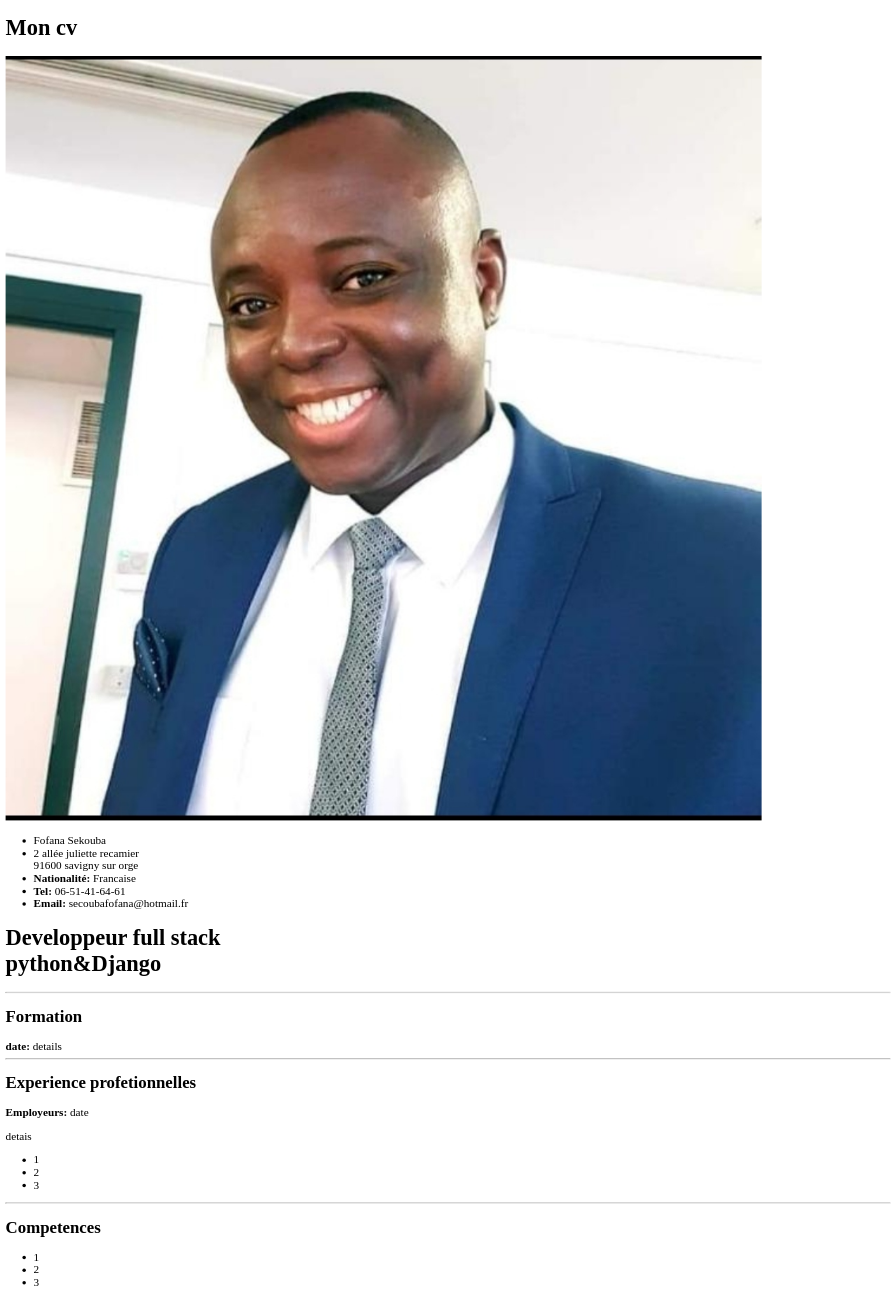
Repository: lamdakara/cv-html
Page: index.html
An editor plug-in stored every save of this project. The page is shown before and after the next save, followed by the edit.
The browser window is 1280 px wide. The pictures show the whole page, at 70% of full size.

Above is the page before, as saved 2023-08-22 01:14:02.

### index.html
<!DOCTYPE html>
<html lang="fr">
<head>
    <meta charset="UTF-8">
    <meta name="viewport" content="width=device-width, initial-scale=1.0">
    <title>Cv-html-Sekouba</title>
</head>
<body>
    <h1>Mon cv</h1>
    <div>
        <img src="profil.jpg/1661794008238.jpg" alt="image de profil">
    <ul>
        <li>Fofana Sekouba</li>
        <li>2 allée juliette recamier <br>91600 savigny sur orge </li>
        <li><strong>Nationalité:</strong> Francaise</li>
        <li><strong>Tel:</strong> 06-51-41-64-61</li>
        <li><strong>Email:</strong> secoubafofana@hotmail.fr</li>
    </ul>
</div>
    <!-- titre h1 -->
    <h1>Developpeur full stack  <br> python&Django</h1>

    <hr>
    <div>
    <h2>Formation</h2>
    <strong>date:</strong>
    <span>details</span>
    </div>
    <div>
    <hr>
    <div>
    <h2>Experience profetionnelles</h2>
    <strong>Employeurs:</strong>
    <span>date</span>
    <p>detais</p>
    <ul>
        <li>1</li>
        <li>2</li>
        <li>3</li>
    </ul>
    </div>

 <div>
    <hr>

    <h2>Competences</h2>
    <ul>
        <li>1</li>
        <li>2</li>
        <li>3</li>
    </ul>
</div>
</body>
</html>

After the next save:
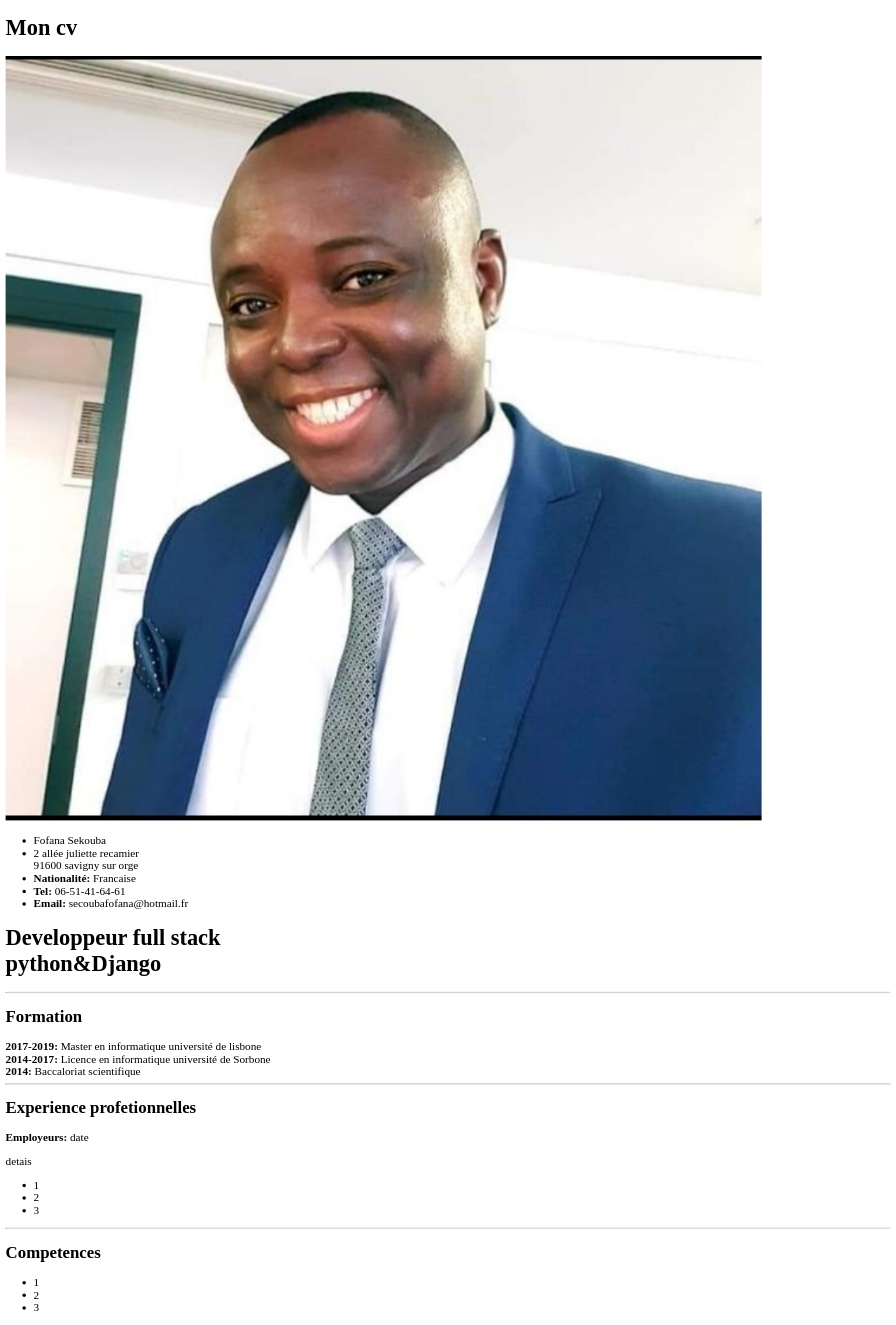
Saved 4 min 41 s later.
--- a/index.html
+++ b/index.html
@@ -23,8 +23,14 @@
     <hr>
     <div>
     <h2>Formation</h2>
-    <strong>date:</strong>
-    <span>details</span>
+    <strong>2017-2019:</strong>
+    <span>Master en informatique université de lisbone</span>
+    <br>
+    <strong>2014-2017:</strong>
+    <span>Licence en informatique université de Sorbone</span>
+    <br>
+    <strong>2014:</strong>
+    <span>Baccaloriat scientifique</span>
     </div>
     <div>
     <hr>
